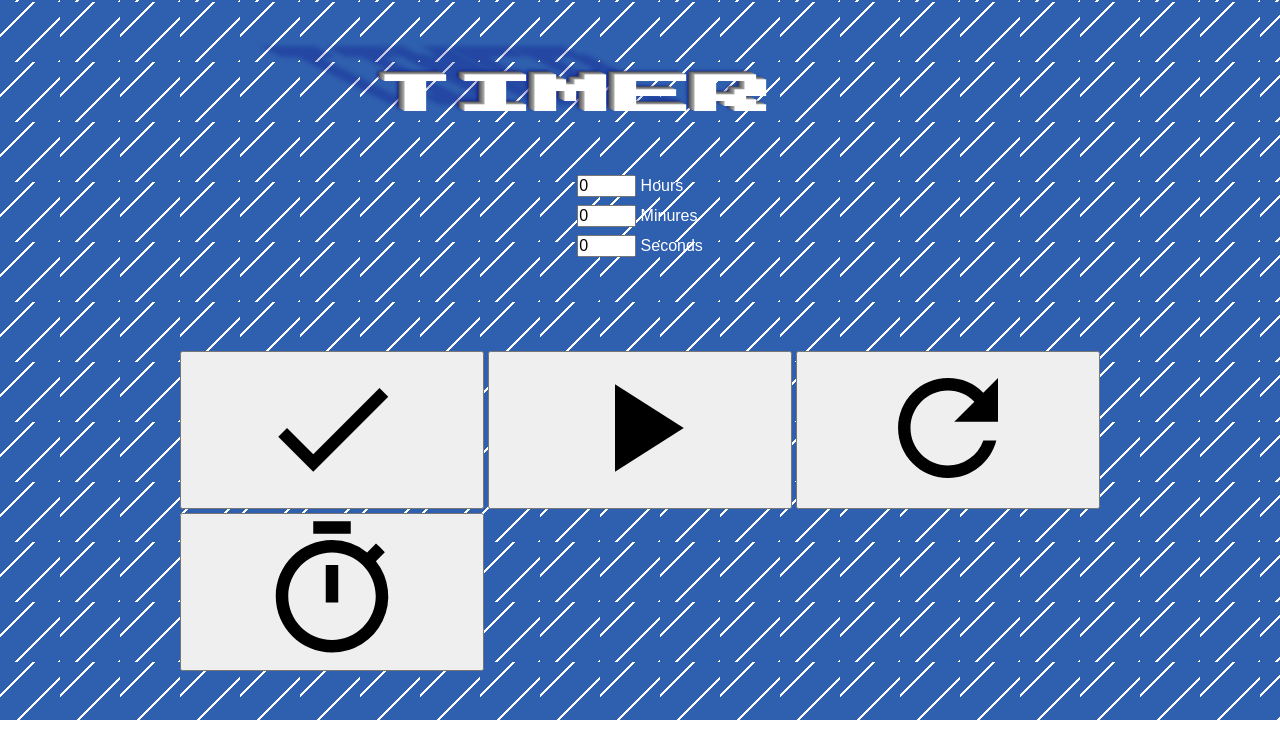
Repository: KrzysKolo/Projekt-12_Timer
Page: index.html
These files come from the project's save history. The page is drawn as it stood at one moment and after the next save; the edit follows.
The browser window is 1280 px wide. The pictures show the whole page.
Some web fonts or font styles are not loaded; a fallback is used.

Above is the page before, as saved 2020-06-24 21:30:34.

### index.html
<!DOCTYPE html>
<html lang="en">
  <head>
    <meta charset="UTF-8" />
    <meta name="viewport" content="width=device-width, initial-scale=1.0" />
    <title>Taimer</title>
    <link
      href="https://fonts.googleapis.com/css2?family=Aldrich&family=Press+Start+2P&display=swap"
      rel="stylesheet"
    />

    <link rel="stylesheet" href="./css/style.css" />
  </head>
  <body>
    <main class="timer">
      <header class="timer__header">
        <h1 class="timer__heading" data-text="TIMER">
          Timer
        </h1>
      </header>
      <article class="timer__clock">
        <!-- input hours-->
        <section class="clock">
          <input
            type="number"
            name="hours"
            id="hours"
            value="0"
            min="0"
            max="99"
            class="clock__input"
            data-timer-input__hours
          />
          <label for="hours" class="clock__label">Hours</label>
        </section>
        <!-- input minutes-->
        <section class="clock">
          <input
            type="number"
            name="minutes"
            id="minutes"
            value="0"
            min="0"
            max="59"
            class="clock__input"
            data-timer-input__minutes
          />
          <label for="minutes" class="clock__label">Minures</label>
        </section>
        <!-- input seconds -->
        <section class="clock">
          <input
            type="number"
            name="seconds"
            id="seconds"
            value="0"
            min="0"
            max="59"
            class="clock__input"
            data-timer-input__seconds
          />
          <label for="seconds" class="clock__label">Seconds</label>
        </section>
      </article>
      <article class="timer__buttons">
        <!-- button 1 -->
        <button class="button">
          <svg class="button__icon">
            <use xlink:href="./assets/icons/sprite.svg#done-24px"></use>
          </svg>
        </button>
        <!-- button 2 -->
        <button class="button">
          <svg class="button__icon">
            <use xlink:href="./assets/icons/sprite.svg#play_arrow-24px"></use>
          </svg>
        </button>
        <!-- button 3 -->
        <button class="button">
          <svg class="button__icon">
            <use xlink:href="./assets/icons/sprite.svg#refresh-24px"></use>
          </svg>
        </button>
        <!-- dźwięk -->
        <section class="timer__audio">
          <audio src="./assets/sounds/alarm.mp3" loop></audio>
          <button class="button">
            <svg class="button__icon button__icon--alarm">
              <use xlink:href="./assets/icons/sprite.svg#timer-24px"></use>
            </svg>
          </button>
        </section>
      </article>
    </main>
  </body>
</html>

### css/style.css
*,
*::before,
*::after {
  padding: 0;
  margin: 0;
  box-sizing: inherit;
  font-size: 16px;
}
body {
  box-sizing: border-box;
  color: #fff;
  font-family: "Aldrich", sans-serif;
}
.timer {
  width: 100vw;
  height: 100vh;
  position: relative;
  background-position: 0 2px;
  background-size: 60px 60px;
  background-color: #2f5faf;
  background-image: -webkit-repeating-linear-gradient(
    45deg,
    #fff,
    #fff 2px,
    transparent 1px,
    transparent 30px
  );
  background-image: repeating-linear-gradient(
    -45deg,
    #fff,
    #fff 2px,
    transparent 1px,
    transparent 30px
  );

  line-height: 30px;
  padding-top: 6px;
  margin-bottom: 20px;

  display: flex;
  flex-direction: column;
  justify-content: space-around;
  align-items: flex-start;
  align-items: center;
}
.timer__header {
}

.timer__heading {
  font-family: "Press Start 2P", cursive;
  font-size: 4rem;
  text-transform: uppercase;
  position: relative;
  top: 50%;
  left: -50%;
  transform: calc(-50%, -50%);
  color: rgba(0, 0, 0, 0);

  transform: skew(63deg, 0deg);

  text-shadow: 0 0 3px rgba(0, 0, 128, 0.25);
  z-index: 50;
}
.timer__heading::after {
  content: attr(data-text);
  font-family: "Press Start 2P", cursive;
  font-size: 5rem;
  position: absolute;
  top: 15px;
  left: 25px;
  color: rgba(255, 255, 255, 1);

  transform: skew(-63deg) scale(1, 0.5);

  text-shadow: -1px -1px 1px #aaa, -2px -2px 1px #999, -3px -3px 1px #888,
    -4px -4px 1px #777, -5px -5px 1px #666, -6px -6px 1px #555,
    -7px -7px 5px rgba(0, 0, 128, 0.75);
  z-index: 100;
}

After the next save:
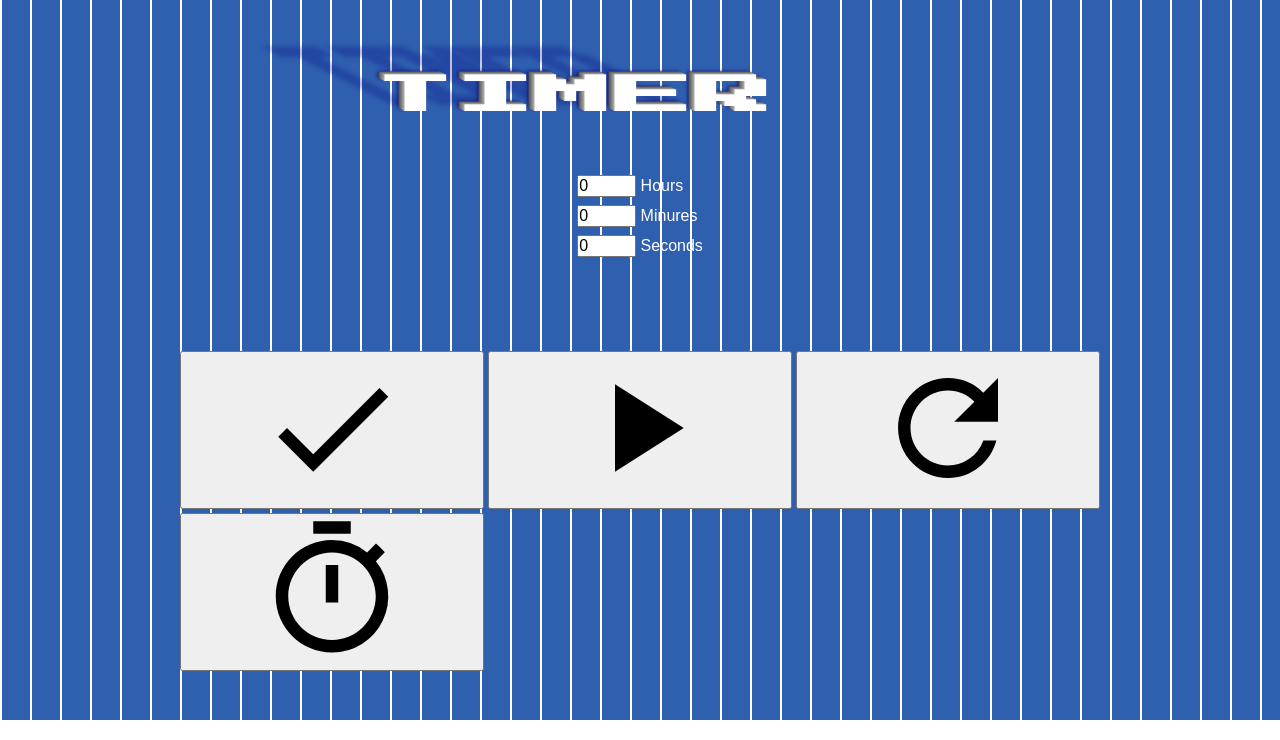
Saved 20 s later.
--- a/css/style.css
+++ b/css/style.css
@@ -26,7 +26,7 @@
     transparent 30px
   );
   background-image: repeating-linear-gradient(
-    -45deg,
+    90deg,
     #fff,
     #fff 2px,
     transparent 1px,
